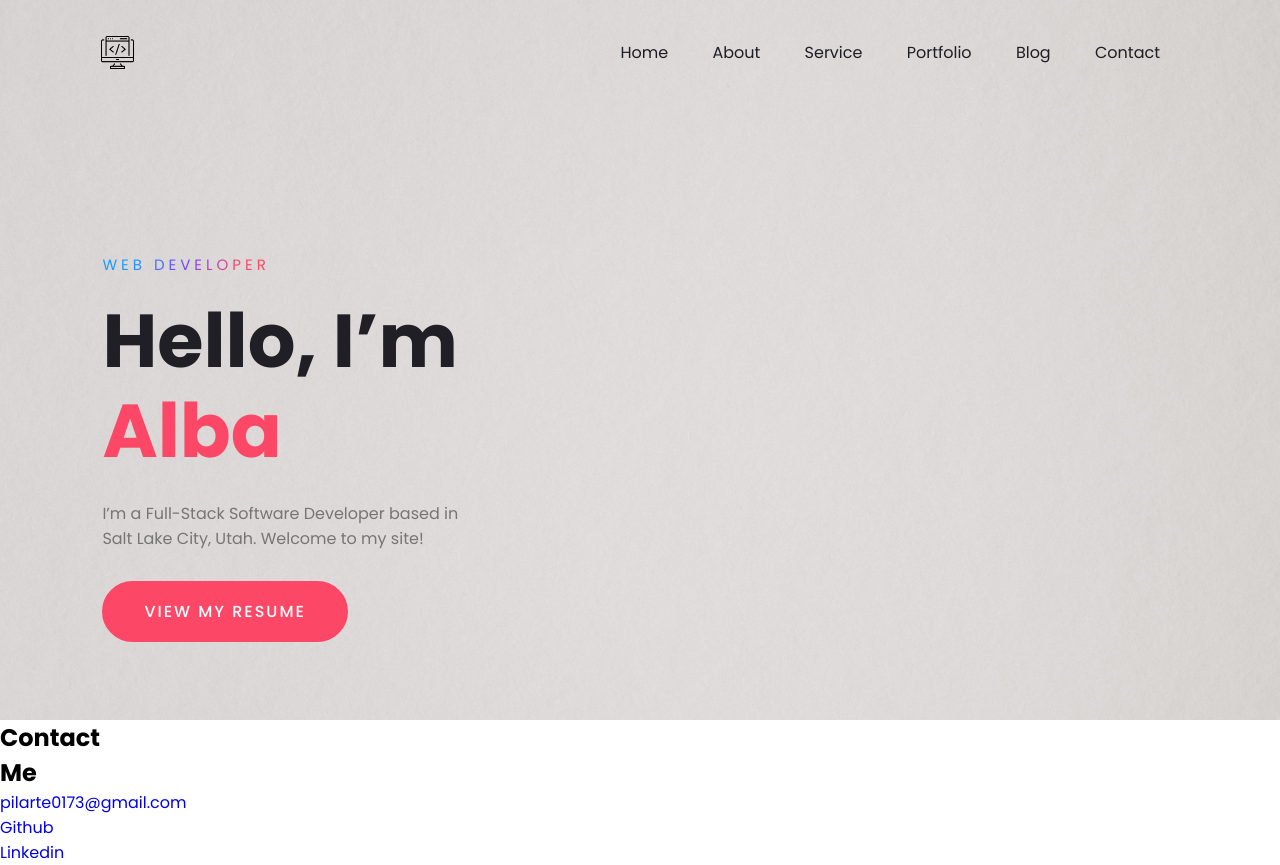
Repository: pilar122/port
Page: index.html
These files come from the project's save history. The page is drawn as it stood at one moment and after the next save; the edit follows.
The browser window is 1280 px wide. The pictures show the whole page.

Above is the page before, as saved 2022-01-29 15:55:04.

### index.html
<!DOCTYPE html>
<html lang="en">
<head>
    <meta charset="UTF-8">
    <title>Personal Portfolio Website</title>
    <!----CSS link----->
    <link rel="stylesheet" href="style.css">
</head>
<body>
    <div class="hero">
        <nav>
            <img src="./img/coding.png" class="logo">
            <ul>
                <li><a href="#">Home</a></li>
                <li><a href="#">About</a></li>
                <li><a href="#">Service</a></li>
                <li><a href="#">Portfolio</a></li>
                <li><a href="#">Blog</a></li>
                <li><a href="#">Contact</a></li>
            </ul>

        </nav>
        <div class="content">
            <span class="title">Web Developer</span>
            <h1>Hello, I’m <span>Alba</span></h1>
            <p>I’m a Full-Stack Software Developer based in Salt Lake City, Utah. Welcome to my site!</p>
            <a href="https://docs.google.com/document/d/1-5NqQs53X55snoyWaPBF-iuk-xL4VE2I0psmDuApD5Q/edit?usp=sharing" class="btn"> View my Resume</a>
        </div>
    </div>
    <section class="contact-me">
        <div class="section-title" id="contact">
            <h2>Contact <br> Me</h2>
        </div>

        <div class="text">
            <ul>
                <li><a href="mailto:aurorapilarte@gmail.com">pilarte0173@gmail.com</a></li>
                <li><a href="https://github.com/pilar122/" target="_blank">Github</a></li>
                <li><a href="https://www.linkedin.com/in/alba-pilarte-8590471b7/" target="_blank">Linkedin</a></li>
            </ul>
        </div>
    </section>
</body>
</html>

### style.css
@import url('https://fonts.googleapis.com/css2?family=Poppins:wght@400;500;600;700&display=swap');
*{
    margin: 0;
    padding: 0;
    box-sizing: border-box;
    font-family: 'Poppins', sans-serif;
}
a{
    text-decoration: none;
}
.hero{
    width: 100%;
    height: 100vh;
    background: url(img/bg1.jpg);
    background-size: cover;
}
nav{
    display: flex;
    align-items: center;
    justify-content: space-between;
    padding: 30px 100px;
}
.logo{
    max-height: 35px;
}
nav ul li{
    list-style: none;
    display: inline-block;
    padding: 10px 20px;
}
nav ul li a{
    color: #1d1d24;
    position: relative;
    padding: 5px 0;
}
nav ul li a:hover{
    color: #fd4766;
}
nav ul li a:after{
    content: "";
    position: absolute;
    left: 0;
    width: 0;
    height: 3px;
    background: #fd4766;
    transition: .3s;
    bottom: 0;
}
nav ul li a:hover:after{
    width: 100%;
}
.btn{
    color: #fff;
    font-size: 16px;
    text-transform: uppercase;
    letter-spacing: 2px;
    padding: 16px 40px;
    border-radius: 500px;
    display: inline-block;
    font-weight: 500;
    transition: all .4s ease-in-out;
    background-size: 152% 100%;
    background: #fd4766;
    border: 2px solid #fd4766;
}
.btn:hover{
    background: transparent;
    border-color: #fd4766;
    color: #fd4766;
}
.content{
    position: absolute;
    top: 35%;
    left: 8%;
}
.content .title{
    color: #1f1f25;
    font-size: 15px;
    text-transform: uppercase;
    letter-spacing: 4px;
    display: inline-block;
    margin-bottom: 20px;
    background: linear-gradient(120deg, #1c99fe 20.69%, #7644ff 50.19%,#fd4766 79.69%);
    -webkit-background-clip: text;
    -webkit-text-fill-color: transparent;
}
.content h1{
    color: #1f1f25;
    font-size: 75px;
    font-weight: 900;
    line-height: 90px;
    text-transform: inherit;
    width: 70%;
}
.content h1 span{
    color: #fd4766;
}
.content p{
    width: 55%;
    color: #757575;
    margin-top: 25px;
    margin-bottom: 30px;
}

After the next save:
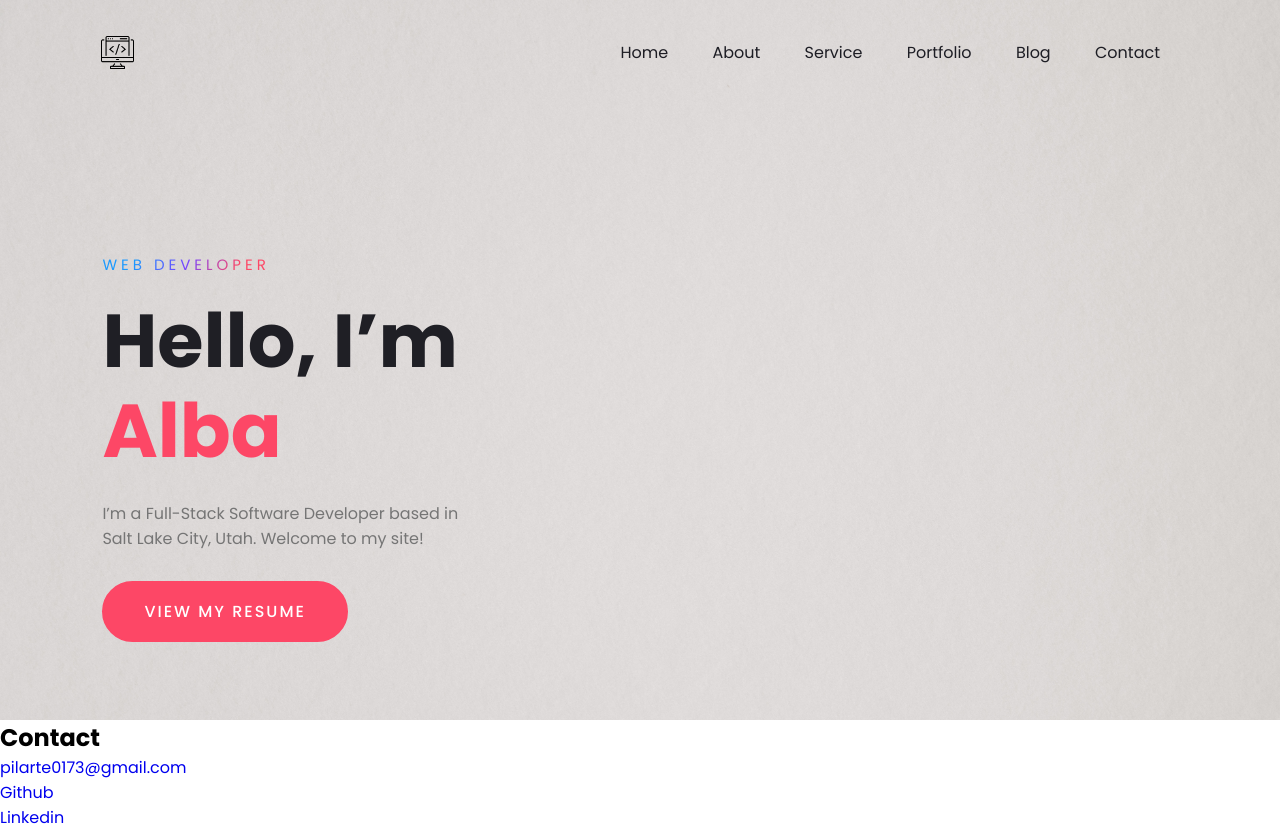
Saved 27 s later.
--- a/index.html
+++ b/index.html
@@ -29,7 +29,7 @@
     </div>
     <section class="contact-me">
         <div class="section-title" id="contact">
-            <h2>Contact <br> Me</h2>
+            <h2>Contact</h2>
         </div>
 
         <div class="text">
